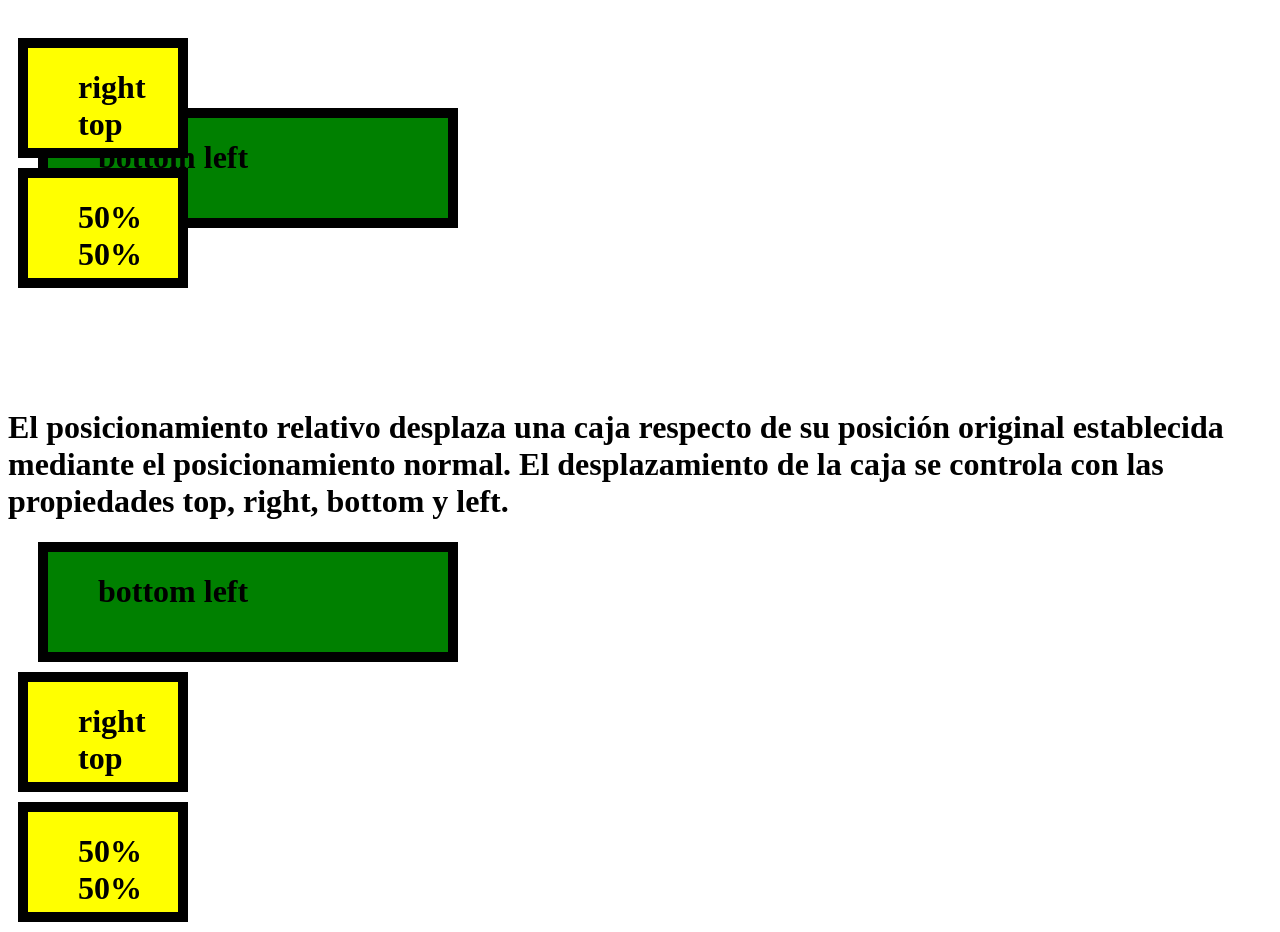
Repository: antonio63j/misNotas
Page: software/CSS/Demos/aptana_proyect/src/relativo.html
The author's editor kept a copy of each file at every save. The page is drawn from the files as they stood at one save, then again after the next save.
The browser window is 1280 px wide. The pictures show the whole page.

Above is the page before, as saved 2017-04-23 17:03:04.

### software/CSS/Demos/aptana_proyect/src/relativo.html
<!DOCTYPE html>
<html>
<head>
<style>

#caja1 {
  position:relative;
  top:100px;
  left:20px;
  width: 300px;
  height:100px;
  padding-left:  50px;
  padding-right: 50px;
  margin-left:   10px;
  margin-right:  10px;
  border: 10px solid black;
  margin-bottom:10px;
  background-color:green;
}

#caja2 {
  position:relative;
  top:-100px;
  width: 50px;
  height:100px;
  padding-left:  50px;
  padding-right: 50px;
  margin-left:   10px;
  margin-right:  10px;
  border: 10px solid black;
  margin-bottom:10px;
  background-color:yellow;
}

#caja3 {
  position:relative;
  top:-100px;
  width: 50px;
  height:100px;
  padding-left:  50px;
  padding-right: 50px;
  margin-left:   10px;
  margin-right:  10px;
  border: 10px solid black;
  margin-bottom:10px;
  background-color:yellow;
}

#caja11 {
  position:relative;
  left:20px;
  width: 300px;
  height:100px;
  padding-left:  50px;
  padding-right: 50px;
  margin-left:   10px;
  margin-right:  10px;
  border: 10px solid black;
  margin-bottom:10px;
  background-color:green;
}

#caja22 {
  position:relative;

  width: 50px;
  height:100px;
  padding-left:  50px;
  padding-right: 50px;
  margin-left:   10px;
  margin-right:  10px;
  border: 10px solid black;
  margin-bottom:10px;
  background-color:yellow;
}

#caja33 {
  position:relative;

  width: 50px;
  height:100px;
  padding-left:  50px;
  padding-right: 50px;
  margin-left:   10px;
  margin-right:  10px;
  border: 10px solid black;
  margin-bottom:10px;
  background-color:yellow;
}


</style>
</head>



<body>

<div id="caja1"><h1>bottom left</h1></div>
<div id="caja2"><h1>right top</h1></div>
<div id="caja3"><h1>50% 50%</h1></div>

<h1>El posicionamiento relativo desplaza una caja respecto de su posición original establecida mediante el posicionamiento normal. El desplazamiento de la caja se controla con las propiedades top, right, bottom y left.</h1>

<div id="caja11"><h1>bottom left</h1></div>
<div id="caja22"><h1>right top</h1></div>
<div id="caja33"><h1>50% 50%</h1></div>

</body>

</html>

After the next save:
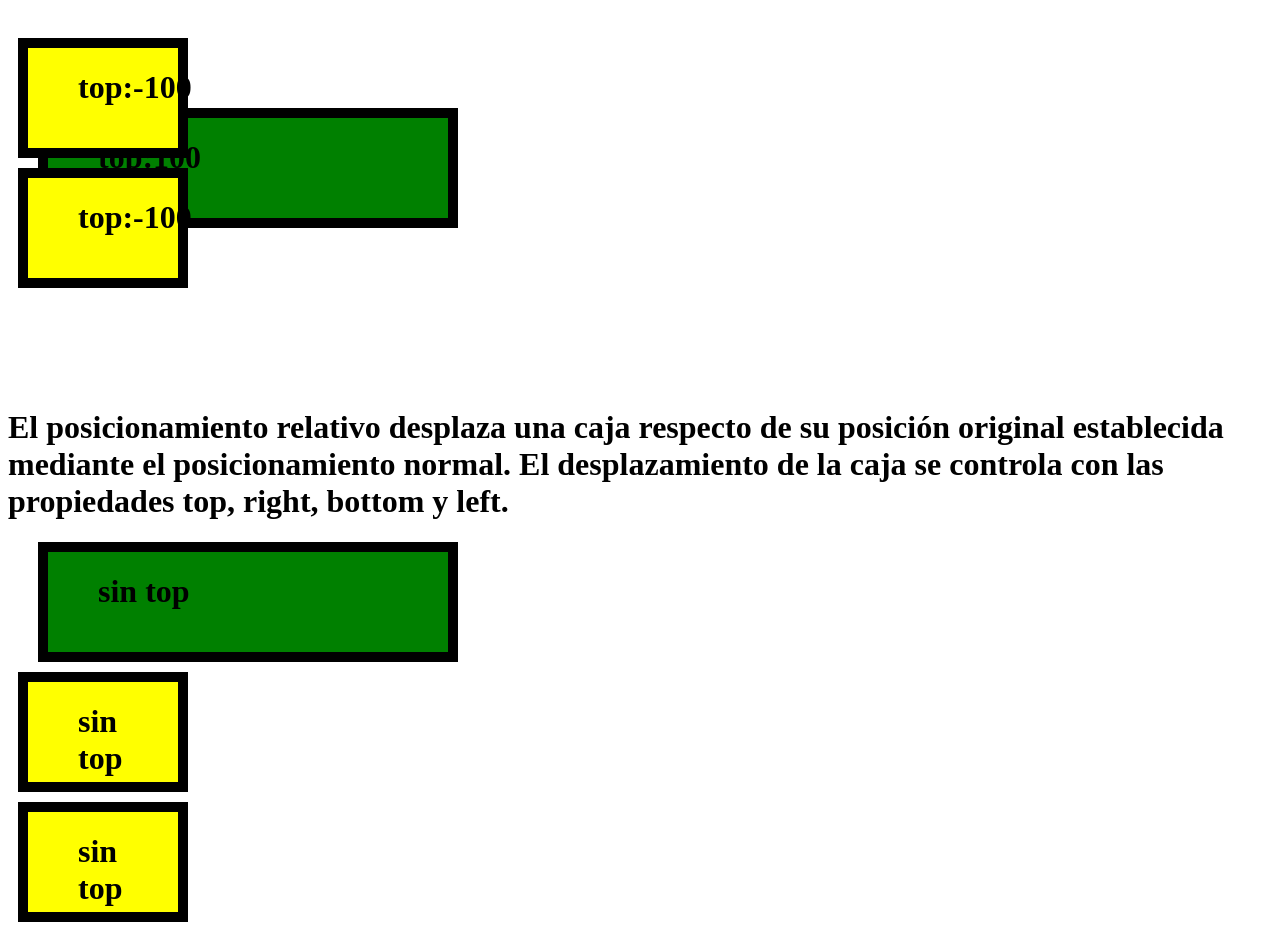
Saved 100 s later.
--- a/software/CSS/Demos/aptana_proyect/src/relativo.html
+++ b/software/CSS/Demos/aptana_proyect/src/relativo.html
@@ -96,15 +96,15 @@
 
 <body>
 
-<div id="caja1"><h1>bottom left</h1></div>
-<div id="caja2"><h1>right top</h1></div>
-<div id="caja3"><h1>50% 50%</h1></div>
+<div id="caja1"><h1>top:100</h1></div>
+<div id="caja2"><h1>top:-100</h1></div>
+<div id="caja3"><h1>top:-100</h1></div>
 
 <h1>El posicionamiento relativo desplaza una caja respecto de su posición original establecida mediante el posicionamiento normal. El desplazamiento de la caja se controla con las propiedades top, right, bottom y left.</h1>
 
-<div id="caja11"><h1>bottom left</h1></div>
-<div id="caja22"><h1>right top</h1></div>
-<div id="caja33"><h1>50% 50%</h1></div>
+<div id="caja11"><h1>sin top</h1></div>
+<div id="caja22"><h1>sin top</h1></div>
+<div id="caja33"><h1>sin top</h1></div>
 
 </body>
 
